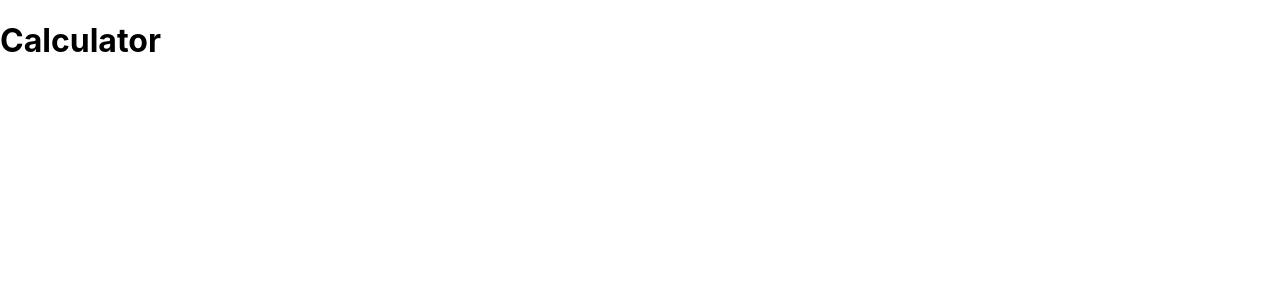
Repository: thesaherriaz/Calculator-React
Page: /
These files come from the project's save history. The page is drawn as it stood at one moment and after a run of saves; the edit follows.
The browser window is 1280 px wide. The pictures show the whole page.
The project was rebuilt for these pictures with package versions that can differ from the ones it lists, and the page was loaded fresh each time.

Above is the page before, as saved 2025-06-18 14:09:14.

After the next 2 saves:
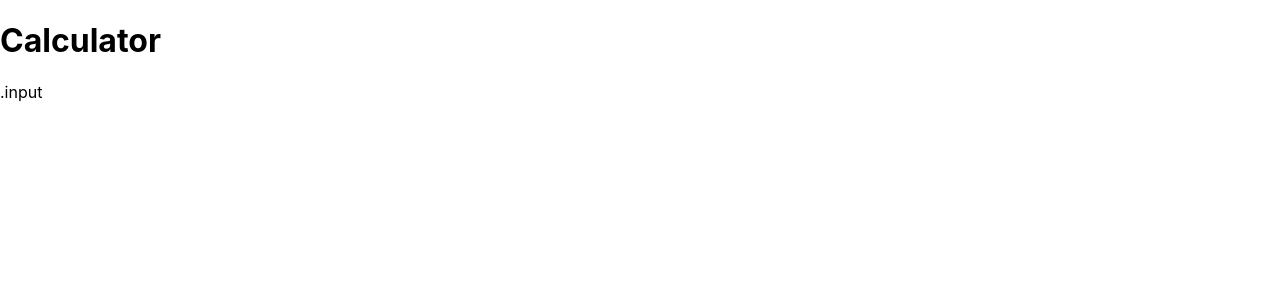
The 2 saves are shown as one change because they came seconds apart.
The last was saved 15 s later.
--- a/src/compnents/Calculator.jsx
+++ b/src/compnents/Calculator.jsx
@@ -5,6 +5,7 @@ function Calculator() {
     <>
         <div className="Calculator">
             <h1>Calculator</h1>
+            .input
         </div>
     </>
   )
